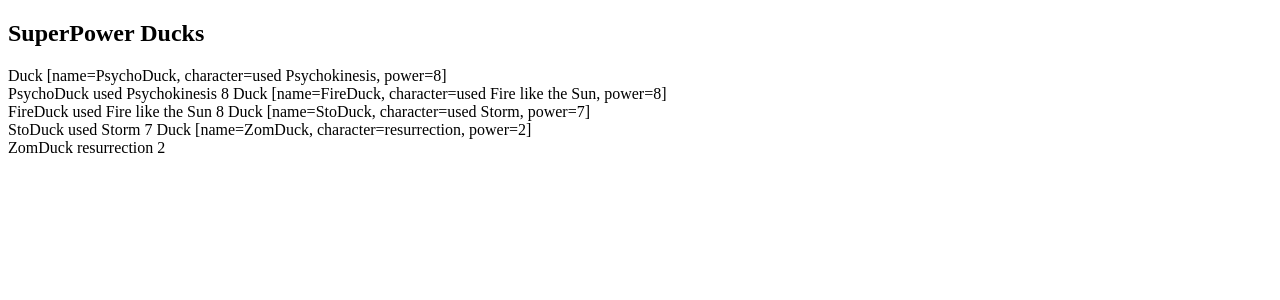
Repository: GTEM0/Acorn-classEdue2-java2-
Page: http://localhost/prj0831/duckList
These files come from the project's save history. The page is drawn as it stood at one moment and after the next save; the edit follows.
The browser window is 1280 px wide. The pictures show the whole page.
The page is served by Tomcat 9. Other server files are loaded and not shown.

Above is the page before, as saved 2023-08-31 08:34:45.

### prj0831/src/main/webapp/WEB-INF/views/DuckList.jsp
<%@ page language="java" contentType="text/html; charset=UTF-8"
    pageEncoding="UTF-8"%>
<%@ page import="java.util.ArrayList" %>
<%@ page import="prj0831.Duck" %>
<!DOCTYPE html>
<html>
<head>
<meta charset="UTF-8">
<title>Insert title here</title>
</head>
<body>

<h2>SuperPower Ducks</h2>


<%
ArrayList<Duck> list = (ArrayList<Duck>)request.getAttribute("list");

	for(Duck d : list){
		out.println(d + "<br>");
		out.println(d.getName());
		out.println(d.getCharacter());
		out.println(d.getPower());

	}
%>

</body>
</html>

### prj0831/src/main/java/prj0831/duckList.java
package prj0831;

import java.io.IOException;
import java.util.ArrayList;

import javax.servlet.ServletException;
import javax.servlet.annotation.WebServlet;
import javax.servlet.http.HttpServlet;
import javax.servlet.http.HttpServletRequest;
import javax.servlet.http.HttpServletResponse;

@WebServlet("/duckList")
public class duckList extends HttpServlet{

	@Override
	protected void doGet(HttpServletRequest request, HttpServletResponse response) throws ServletException, IOException {

				//Model 얻어오기
				//ServiceMVC5 s = new ServiceMVC5();
				//ArrayList<Member> list = s.getList();
				ServiceDuckList d = new ServiceDuckList();
				ArrayList<Duck> list = d.getList();

				//Model심기
				//request.setAttribute("list", list);
				//request.getRequestDispatcher("WEB-INF/views/acornlist.jsp").forward(request, response);
				request.setAttribute("list", list);
				request.getRequestDispatcher("WEB-INF/views/DuckList.jsp").forward(request, response);

	}


}

### prj0831/src/main/java/prj0831/ServiceDuckList.java
package prj0831;

import java.util.ArrayList;

public class ServiceDuckList {


	public ArrayList<Duck> getList(){

		ArrayList<Duck> list = new ArrayList<>();
		list.add(new Duck("PsychoDuck", "used Psychokinesis", "8"));
		list.add(new Duck("FireDuck", "used Fire like the Sun", "8"));
		list.add(new Duck("StoDuck", "used Storm", "7"));
		list.add(new Duck("ZomDuck", "resurrection", "2"));

		return list;
	}
}

### prj0831/src/main/java/prj0831/Duck.java
package prj0831;

public class Duck{

	String name;
	String character;
	String power;
	public String getName() {
		return name;
	}
	public void setName(String name) {
		this.name = name;
	}
	public String getCharacter() {
		return character;
	}
	public void setCharacter(String character) {
		this.character = character;
	}
	public String getPower() {
		return power;
	}
	public void setPower(String power) {
		this.power = power;
	}
	public Duck(String name, String character, String power) {
		super();
		this.name = name;
		this.character = character;
		this.power = power;
	}

	public Duck() {

	}
	@Override
	public String toString() {
		return "Duck [name=" + name + ", character=" + character + ", power=" + power + "]";
	}


}

### prj0831/src/main/webapp/css/duck.css
@charset "UTF-8";


h2{
	border: 1px solid orangered;
}

After the next save:
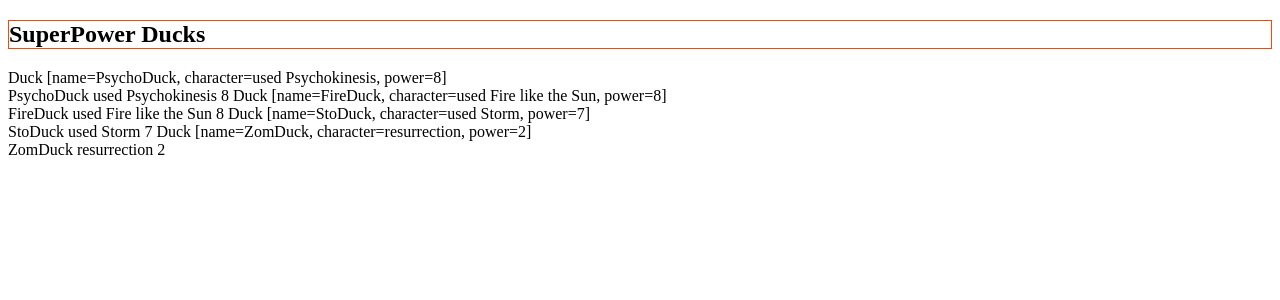
Saved 76 s later.
--- a/prj0831/src/main/webapp/WEB-INF/views/DuckList.jsp
+++ b/prj0831/src/main/webapp/WEB-INF/views/DuckList.jsp
@@ -7,6 +7,7 @@
 <head>
 <meta charset="UTF-8">
 <title>Insert title here</title>
+<link href="./css/duck.css" rel="stylesheet" />
 </head>
 <body>
 
